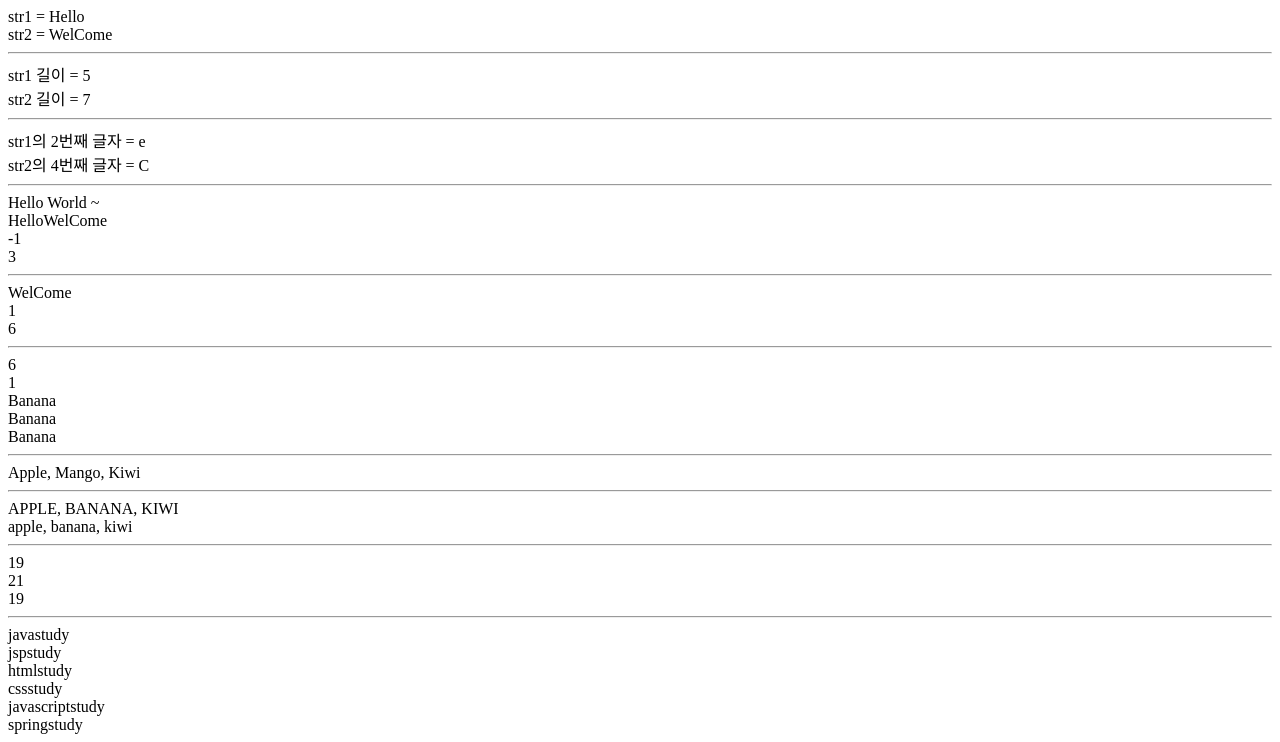
Repository: ady0099/webstudy
Page: 03_javascript/src/main/webapp/day02/ex20_StringClass.html
An editor plug-in stored every save of this project. The page is shown before and after the next save, followed by the edit.
The browser window is 1280 px wide. The pictures show the whole page.

Above is the page before, as saved 2023-06-29 01:01:04.

### 03_javascript/src/main/webapp/day02/ex20_StringClass.html
<!DOCTYPE html>
<html>
	<head>
		<meta charset="UTF-8">
		<title>String (내장객체)</title>
		<script type="text/javascript">
			// 내장 객체 : javascript가 구동되는 시점에서 바로 제강되며,
		 	// 			javascript코드 어디에서든 사용이 가능하다.
		 	// Object, String, Number, Date, Array, Math, ...

		 	var str1 = "Hello";
			var str2 = new String("WelCome");

			document.write("str1 = "+str1+"<br>");
			document.write("str2 = "+str2+"<br>");
			document.write("<hr>");
			// 길이 : length
			document.write("str1 길이 = "+str1.length+"<br>");
			document.write("str2 길이 = "+str2.length+"<br>");
			document.write("<hr>");
			// n번째 문자 추출 : charAt(n) * n = index = 0부터 시작
			document.write("str1의 2번째 글자 = "+str1.charAt(1)+"<br>");
			document.write("str2의 4번째 글자 = "+str2.charAt(3)+"<br>");
			document.write("<hr>");
			// 문자연결자 : concat(str)
			document.write(str1.concat(" World ~") + "<br>");
			document.write(str1.concat(str2) + "<br>");

			// 해당 문자나 문자열의 위치값 : indexOf('문자 또는 문자열')
			//						 정규식을 사용 못함, -1이면 찾는 문자가 없다.
			document.write(str1.indexOf('C')+"<br>");
			document.write(str2.indexOf('C')+"<br>");
			document.write("<hr>");
			// 해당 문자나 문자열의 위치값 : indexOf('문자 또는 문자열', 시작위치)
			// 첫 번째 e의 위치
			document.write(str2+"<br>");
			document.write(str2.indexOf('e',0)+"<br>");
			// 두 번째 e의 위치
			document.write(str2.indexOf('e',str2.indexOf('e')+1)+"<br>");
			document.write("<hr>");
			document.write(str2.lastIndexOf('e')+"<br>");

			// 해당 문자나 문자열의 위치값 : search('문자 또는 문자열')
			//						 정규식 사용가능, 두 번째 인자는 없다.
			document.write(str2.search('e')+"<br>");

			// 원하는 문자열 추출 : slice, substring, substr
			// slice(begin, end), substring(begin, end) : *end는 포함하지 않는다.
			// substr(begin, 개수)
			str1 = "Apple, Banana, Kiwi";
			document.write(str1.slice(7,13)+"<br>");
			document.write(str1.substring(7,13)+"<br>");
			document.write(str1.substr(7,6)+"<br>");
			document.write("<hr>");

			// 치환 : replace(old, new) (원본은 변경되지 않는다. 사본이 만들어진다.)
			var str3 = str1.replace("Banana","Mango");
			document.write(str3);
			document.write("<hr>");

			// 대소문자 변환 : toUpperCase, toLowerCase
			document.write(str1.toUpperCase()+"<br>");
			document.write(str1.toLowerCase()+"<br>");
			document.write("<hr>");

			// 앞뒤 공백 제거 : trim
			var str4 = " Apple, Banana, Kiwi ";
			document.write(str1.length+"<br>");			// 19
			document.write(str4.length+"<br>");			// 21
			document.write(str4.trim().length+"<br>");	// 19

			document.write("<hr>");
			// 문자열을 배열로 만들자 (split("구분자"))
			var str5 = "java,jsp,html,css,javascript,spring";
			var str6 = str5.split(",");
			// k는 자바와 다르게 인덱스를 뜻한다.
			for ( var k in str6 ){
				document.write(str6[k]+"study"+"<br>");
			}


			// 배열을 문자열로 만들자.(join("구분자"))

		</script>
	</head>
	<body>

	</body>
</html>

After the next save:
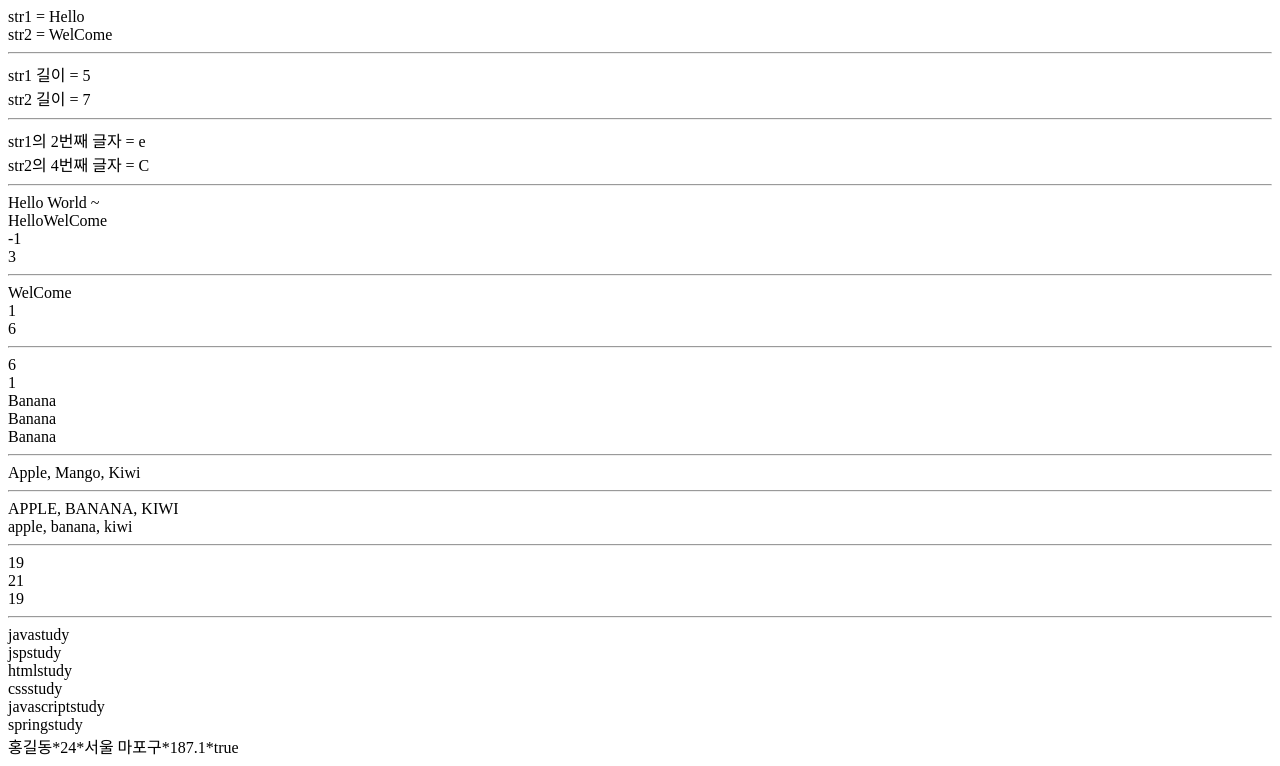
Saved 97 s later.
--- a/03_javascript/src/main/webapp/day02/ex20_StringClass.html
+++ b/03_javascript/src/main/webapp/day02/ex20_StringClass.html
@@ -78,8 +78,10 @@
 				document.write(str6[k]+"study"+"<br>");
 			}
 
-
 			// 배열을 문자열로 만들자.(join("구분자"))
+		 	var str7 = ["홍길동",24, "서울 마포구", 187.1, true];
+		 	var str8 = str7.join("*");
+		 	document.write(str8 + "<br>");
 
 		</script>
 	</head>
